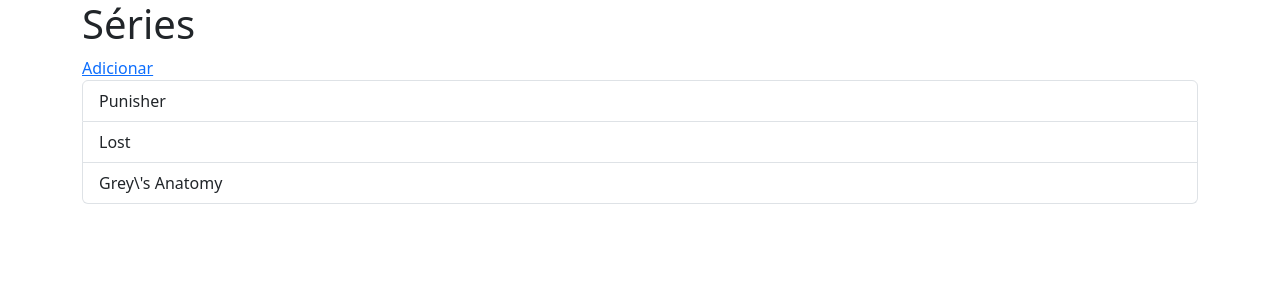
Repository: joaoDelaGracia/laravelTeste
Page: http://localhost/series
These files come from the project's save history. The page is drawn as it stood at one moment and after a run of saves; the edit follows.
The browser window is 1280 px wide. The pictures show the whole page.
The page is served by the project's Laravel application, run on PHP 8.4 with Laravel 12. Other server files are loaded and not shown. Style sheets and scripts are compiled from the project's sources, by tool versions that may differ from the author's.

Above is the page before, as saved 2025-05-26 13:00:12.

### app/Listeners/EmailUsersAboutSeriesCreated.php
<?php

namespace App\Listeners;

use App\Events\SeriesCreated as EventsSeriesCreated;
use App\Mail\SeriesCreated;
use App\Models\User;
use Illuminate\Contracts\Queue\ShouldQueue;
use Illuminate\Queue\InteractsWithQueue;
use Illuminate\Support\Facades\Mail;

class EmailUsersAboutSeriesCreated
{
    /**
     * Create the event listener.
     */
    public function __construct()
    {
        //
    }

    /**
     * Handle the event.
     */
    public function handle(EventsSeriesCreated $event): void
    {

        $userList = User::all();
        // dd($userList);
        foreach($userList as $index => $user){
            $email = new SeriesCreated(
                    $event->nome,
                    $event->id,
                    $event->seasonsQty,
                    $event->episodesPerSeason
                );
            $when = now()->addSeconds($index * 5);
            Mail::to($user)->later($when,$email);

        }

    }
}

### app/Listeners/LogSeriesCreated.php
<?php

namespace App\Listeners;

use App\Events\SeriesCreated;
use Illuminate\Contracts\Queue\ShouldQueue;
use Illuminate\Queue\InteractsWithQueue;
use Illuminate\Support\Facades\Log;

class LogSeriesCreated implements ShouldQueue
{
    /**
     * Create the event listener.
     */
    public function __construct()
    {
        //
    }

    /**
     * Handle the event.
     */
    public function handle(SeriesCreated $event): void
    {
        Log::info("Série {$event->nome} criada com sucesso");
    }
}

### routes/web.php
<?php

use App\Http\Controllers\SeriesController;
use Illuminate\Support\Facades\Route;

Route::get('/', function () {
    return view('welcome');
});

Route::get('/series', [SeriesController::class, 'index']);
Route::get('/series/criar', [SeriesController::class, 'create']);

### app/Http/Controllers/SeriesController.php
<?php

namespace App\Http\Controllers;

use Illuminate\Http\Request;

class SeriesController extends Controller
{
    public function index(Request $request){

        $series = [
            "Punisher",
            "Lost",
            "Grey\'s Anatomy"
        ];

        return view('series.index', compact('series'));

    }

    public function create(Request $request){
        return view("series.create");
    }

}

### app/Http/Controllers/Controller.php
<?php

namespace App\Http\Controllers;

use Barryvdh\Debugbar\Controllers\BaseController;

abstract class Controller extends BaseController
{
    //
}

### resources/views/series/index.blade.php
<x-layout title="Séries">
    <a href="/series/criar">Adicionar</a>

    <ul class="list-group">
        @foreach ($series as $serie)
        <li class="list-group-item">{{ $serie }}</li>
        @endforeach
    </ul>
</x-layout>

### resources/views/components/layout.blade.php
<!DOCTYPE html>
<html lang="en">
<head>
    <meta charset="UTF-8">
    <meta name="viewport" content="width=device-width, initial-scale=1.0">
    <title>{{ $title }} - Controle de Séries</title>
    @vite(['resources/css/app.scss', 'resources/js/app.js'])
</head>
<body>
    <div class="container">
        <h1 class="">{{ $title }} </h1>
        {{ $slot }}
    </div>
</body>
</html>

### resources/css/app.scss
// @tailwind base;
// @tailwind components;
// @tailwind utilities;
@import 'bootstrap/scss/bootstrap';

// Tailwind não reconhece diretivas como @source ou @theme dentro de SCSS.
// Elas devem ir na configuração do Tailwind (`tailwind.config.js`), não no .scss.

// Fontes personalizadas com Tailwind podem ser definidas no tailwind.config.js também,
// mas se quiser adicionar diretamente no SCSS, pode fazer isso assim:
:root {
    --font-sans: 'Instrument Sans', ui-sans-serif, system-ui, sans-serif, 'Apple Color Emoji',
        'Segoe UI Emoji', 'Segoe UI Symbol', 'Noto Color Emoji';
}

After the next 2 saves:
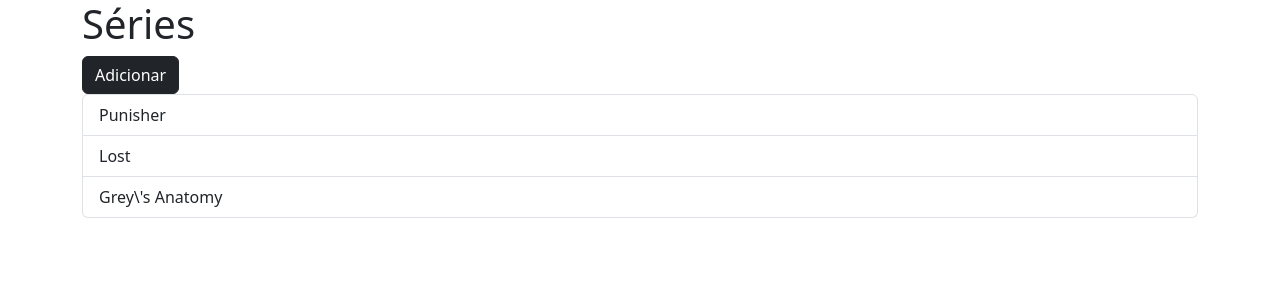
The 2 saves are shown as one change because they came seconds apart.
The last was saved 19 s later.
--- a/resources/views/series/index.blade.php
+++ b/resources/views/series/index.blade.php
@@ -1,5 +1,5 @@
 <x-layout title="Séries">
-    <a href="/series/criar">Adicionar</a>
+    <a class="btn btn-dark" href="/series/criar">Adicionar</a>
 
     <ul class="list-group">
         @foreach ($series as $serie)
